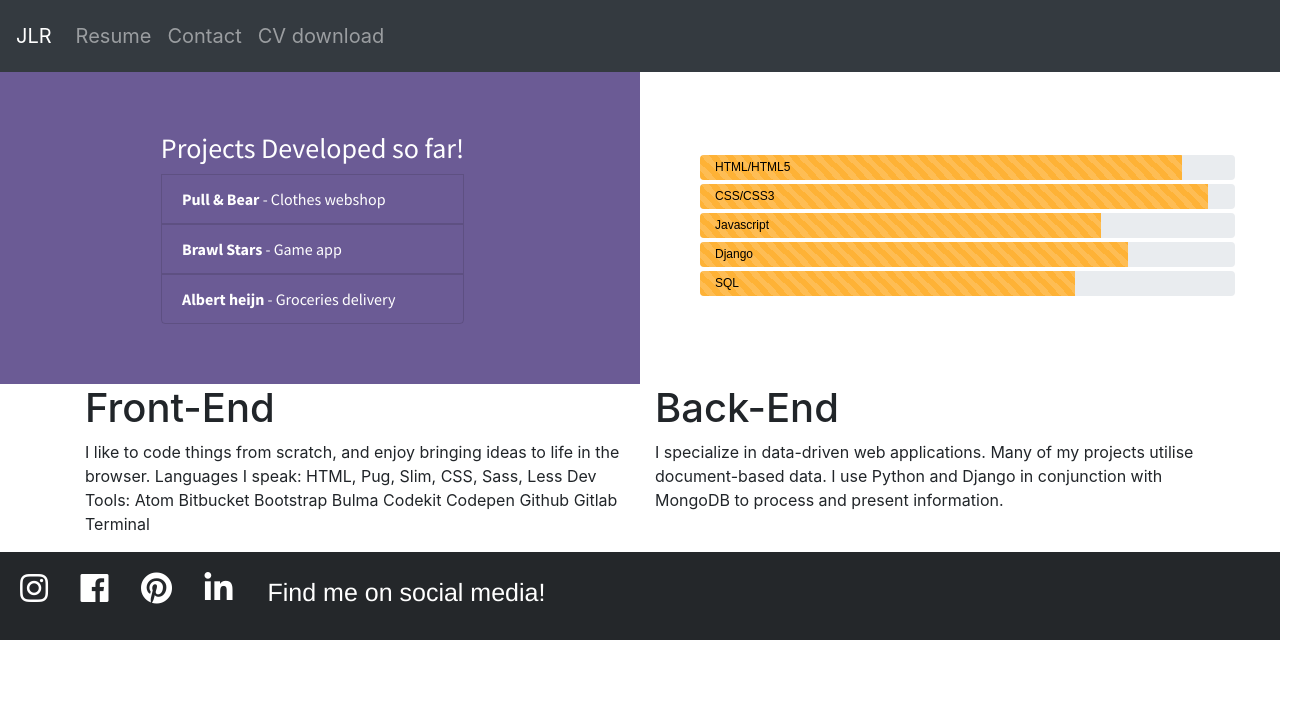
Repository: Kawaiisaki/Portfolio-site
Page: resume.html
The author's editor kept a record of every edit. The page is drawn from the files as they stood at one moment, then again after the next edit.
The browser window is 1280 px wide. The page is 1295 px wide, so the pictures cover 1295 px, including what lies to the right of the window. The pictures show the whole page.
Some web libraries are served in a nearby version.

Above is the page before.

### resume.html
<!DOCTYPE html>
<html lang="en">

<head>
    <meta charset="UTF-8">
    <meta name="viewport" content="width=device-width, initial-scale=1.0">
    <meta http-equiv="X-UA-Compatible" content="ie=edge">
    <link rel="stylesheet" href="https://maxcdn.bootstrapcdn.com/bootstrap/4.2.1/css/bootstrap.min.css" type="text/css" />
    <link rel="stylesheet" href="https://use.fontawesome.com/releases/v5.0.10/css/all.css" integrity="sha384-+d0P83n9kaQMCwj8F4RJB66tzIwOKmrdb46+porD/OvrJ+37WqIM7UoBtwHO6Nlg" crossorigin="anonymous">
    <link rel="stylesheet" href="https://cdnjs.cloudflare.com/ajax/libs/hover.css/2.3.1/css/hover-min.css" type="text/css" />
    <link rel="stylesheet" href="assets/css/style.css" type="text/css" />
    <title>Resume</title>
</head>

<body>
    <header>

        <nav class="navbar sticky-top navbar-expand-lg navbar-dark bg-dark">
            <a class="navbar-brand" href="index.html">JLR</a>
            <button class="navbar-toggler" type="button" data-toggle="collapse" data-target="#navbarSupportedContent" aria-controls="navbarSupportedContent" aria-expanded="false" aria-label="Toggle navigation">
    <span class="navbar-toggler-icon"></span>
  </button>

            <div class="collapse navbar-collapse" id="navbarSupportedContent">
                <ul class="navbar-nav navbar-brand mr-auto">
                    <li class="nav-item">
                        <a class="nav-link" href="resume.html">Resume</a>
                    </li>
                    <li class="nav-item">
                        <a class="nav-link" href="contact.html">Contact</a>
                    </li>
                    <li class="nav-item">
                        <a class="nav-link" href="#">CV download</a>
                    </li>
                </ul>
            </div>
        </nav>
    </header>
    <section>
        <div class="container-fluid">
            <div class="row">
                <div class="col projects">
                    <h3 class="text-center">Projects Developed so far!</h3>
                    <div class="container project-list">
                        <a class="list-group list-group-flush">
                            <a href="https://www.pullandbear.com/" target="_blank" class="list-group-item project-item"><strong>Pull & Bear</strong> - Clothes webshop</a>
                        <a href="https://play.google.com/store/apps/details?id=com.supercell.brawlstars&gl=NL" target="_blank" class="list-group-item project-item"><strong>Brawl Stars</strong> - Game app</a>
                        <a href="https://www.ah.nl/?gclid=CjwKCAiAqqTuBRBAEiwA7B66hWiQgrnYQJU3PeLNCPiqaegNcN4MoA1vTRGlp7dA6K88ZnaGVRotXBoCbbMQAvD_BwE&gclsrc=aw.ds" target="_blank" class="list-group-item project-item"><strong>Albert heijn</strong> - Groceries delivery</a>
                        </ul>
                    </div>
                </div>
                <div class="col bar-skills">
                    <div class="progress">
                        <div class="progress-bar progress-bar-striped" role="progressbar" style="width: 90%" aria-valuenow="90" aria-valuemin="0" aria-valuemax="100"></div>
                        <span class="progres-skill">HTML/HTML5</span>
                    </div>
                    <div class="progress">
                        <div class="progress-bar progress-bar-striped" role="progressbar" style="width: 95%" aria-valuenow="95" aria-valuemin="0" aria-valuemax="100"></div>
                        <span class="progres-skill">CSS/CSS3</span>
                    </div>
                    <div class="progress">
                        <div class="progress-bar progress-bar-striped" role="progressbar" style="width: 75%" aria-valuenow="75" aria-valuemin="0" aria-valuemax="100"></div>

                        <span class="progres-skill">Javascript</span></div>
                    <div class="progress">
                        <div class="progress-bar progress-bar-striped" role="progressbar" style="width: 80%" aria-valuenow="80" aria-valuemin="0" aria-valuemax="100"></div>
                        <span class="progres-skill">Django</span>
                    </div>
                    <div class="progress">
                        <div class="progress-bar progress-bar-striped" role="progressbar" style="width: 70%" aria-valuenow="70" aria-valuemin="0" aria-valuemax="100"></div>
                        <span class="progres-skill">SQL</span>
                    </div>
                </div>
            </div>
        </div>
    </section>
    <section>
        <div class="container">
            <div class="row">
                <div class="col fron-end">
                    <h1>Front-End</h1>
                    <p>I like to code things from scratch, and enjoy bringing ideas to life in the browser. Languages I speak: HTML, Pug, Slim, CSS, Sass, Less Dev Tools: Atom Bitbucket Bootstrap Bulma Codekit Codepen Github Gitlab Terminal
                    </p>
                </div>
                <div class="col">
                    <h1>Back-End</h1>
                    <p>I specialize in data-driven web applications. Many of my projects utilise document-based data. I use Python and Django in conjunction with MongoDB to process and present information.</p>
                </div>
            </div>
    </section>
    <footer>
        <div class="container-fluid social-icons">
            <div class="row no-gutters ">
                <div class="col-md-auto">
                    <ul class="list-inline social-media-icons">
                        <li class="list-inline-item">
                            <a target="_blank" href="https://www.instagram.com/thekawaiisaki/">
                                <i class="fab fa-instagram fa-2x" aria-hidden="true"></i>
                                <span class="sr-only">Instagram</span>
                            </a>
                        </li>
                        <li class="list-inline-item">
                            <a target="_blank" href="https://www.facebook.com/joellojedorosso">
                                <i class="fab fa-facebook fa-2x"  aria-hidden="true"></i>
                                <span class="sr-only">Facebook</span>
                            </a>
                        </li>
                        <li class="list-inline-item">
                            <a target="_blank" href="https://nl.pinterest.com/jlojedorosso/">
                                <i class="fab fa-pinterest fa-2x" aria-hidden="true"></i>
                                <span class="sr-only">Pinterest</span>
                            </a>
                        </li>
                        <li class="list-inline-item">
                            <a target="_blank" href="https://www.linkedin.com/in/joellojedorosso/">
                                <i class="fab fa-linkedin-in fa-2x" aria-hidden="true"></i>
                                <span class="sr-only">Instagram</span>
                            </a>
                        </li>
                    </ul>
                </div>
                <div class="col">
                    <div>
                        <h3 class="social-text">Find me on social media!</h3>
                    </div>
                </div>
            </div>
        </div>
    </footer>
</body>

</html>

### assets/css/style.css
@import url('https://fonts.googleapis.com/css?family=Source+Sans+Pro:100,200,300,400,500,600,700,800,900&display=swap');

.container-fluid {
  padding-left: 0;
  padding-right: 0;
}

/*---------------------------------------Callout*/

.callout-container {
  height: 88vh;

  background: url('../images/joelgrey.jpg') no-repeat center center fixed;
  -webkit-background-size: cover;
  -moz-background-size: cover;
  -o-background-size: cover;
  background-size: cover;

  display: flex;
  align-items: center;
  justify-content: center;

  position: relative;
}

.transparant-overlay {
  position: absolute;
  top: 0;
  left: 0;
  width: 100%;
  height: 100%;
  background-color: rgba(0, 0, 0, 0.4)
}

.jumbotron {
  background-color: transparent;
}

.name {
  font-family: "Source Sans Pro", sans-serif;
  color: white;
  font-weight: 400;
  margin-bottom: 10px;
  text-shadow: 2px 2px rgba(0, 0, 0, 0.5);
}

.lead {
  color: #ffffff;
  margin: 10px;
  text-decoration: overline;
  text-shadow: 2px 2px rgba(0, 0, 0, 0.5);
}

.fa-code {
  color: #fff;
  text-shadow: 2px 2px rgba(0, 0, 0, 0.5);
}

/*---------------------------------------About-Personal-*/

.about-container {
  height: 50vh;

  background: url('../images/laptop.jpg') no-repeat center center fixed;
  -webkit-background-size: cover;
  -moz-background-size: cover;
  -o-background-size: cover;
  background-size: cover;

  display: flex;
  align-items: center;
  justify-content: center;

  position: relative;
}

.subtitle {
  margin-left: 30px;
  font-family: "helvetica", sans-serif;
  font-weight: 200;
}

.key {
  font-family: "Source Sans Pro", sans-serif;
  padding-left: 30px;
  display: inline-block;
  font-size: 20px;
  width: 33%;
  vertical-align: top;
}

.value {
  display: inline-block;
  font-size: 15px;
  width: 33%;
}

.personal-info {
  padding: 20px;
  background-color: #feb236;
  display: block;
  clear: both;
}


.introduction {
  padding: 20px;
  background-color: #fff;
}

.introduction p {
  margin-left: 30px;
}

.about-me {
  font-family: "Source Sans Pro", sans-serif;
  margin-left: 30px;
}

.fa-user,
.fa-address-card {
  padding-left: 20px;
}

.fa-user {
  color: #feb236;
}

.introduction a {
  margin-left: 30px;
}

/*---------------------------------------Footer*/

.social-text {
  color: #fff;
  font-family: "Helvetica", sans-serif;
  font-weight: 400;
  font-size: 25px;
  padding-top: 15px;
  padding-left: 25px;
}

footer {
  background-color: #24272a;
  min-height: 50px;
  padding: 10px;
}

.social-media-icons li i {
  color: #fff;
  margin: 10px;
}

/*---------------------------------------Additional*/

.uppercase {
  text-transform: uppercase;
}

/*---------------------------------------About page*/

.fa-file-code,
.fa-cogs,
.fa-tasks {
  padding-left: 20px;
}

.white-text {
  color: #fff;
}

/*---------------------------------------About bg colors*/

.what-bg-color {
  background-color: #6b5b95;
}

.how-bg-color {
  background-color: #fff;
}

.why-bg-color {
  background-color: #feb236;
}

/*---------------------------------------Resume page*/

.projects {
  background-color: #6b5b95;
  color: #fff;
  font-family: "Source Sans Pro", sans-serif;
  max-width: 50%;
  padding: 60px;
}

.list-group-item {
  background-color: transparent;
}

.project-item {
  color: #fff;
  text-decoration: none;
  max-width: 60%;
  margin: auto;
}

.project-item:hover {
  text-decoration: none;
  color: #feb236;
}

.front-end,
.back-end {
  font-family: "Source Sans Pro", sans-serif;
  padding: 60px;
}

.back-end {
  background-color: #f6f6f6;
}

.fa-laptop {
  padding-left: 20px;
}

/*---------------------------------------Progress bars*/

.skill-progression {
  font-family: "Source Sans Pro", sans-serif;
}

.progress {
  position: relative;
  margin-bottom: 4px;
  height: 25px;
}

.progres-skill {
  font-family: "Sans Source Pro", sans-serif;
  position: absolute;
  left: 5px;
  font-weight: 400;
  padding: 3px 30px 2px 10px;
  color: #000;
}

.bar-skills {
  margin: auto;
  max-width: 80%;
  padding: 60px;
}

.progress-bar-striped {
  background-color: #feb236;
}

/*---------------------------------------contact page*/

.contact-heading {
  margin: 50px;
}

.contact-title,
.contact-me {
  font-family: "Source Sans Pro", sans-serif;
}

.contact-title {
  font-weight: 200;
}

.btn-primary {
  background-color: #feb236;
  color: #000;
}

button {
  margin: 20px;
}

.form-placement {
  padding-top: 20px;
  max-width: 40%;
  margin: auto;
}

After the next edit:
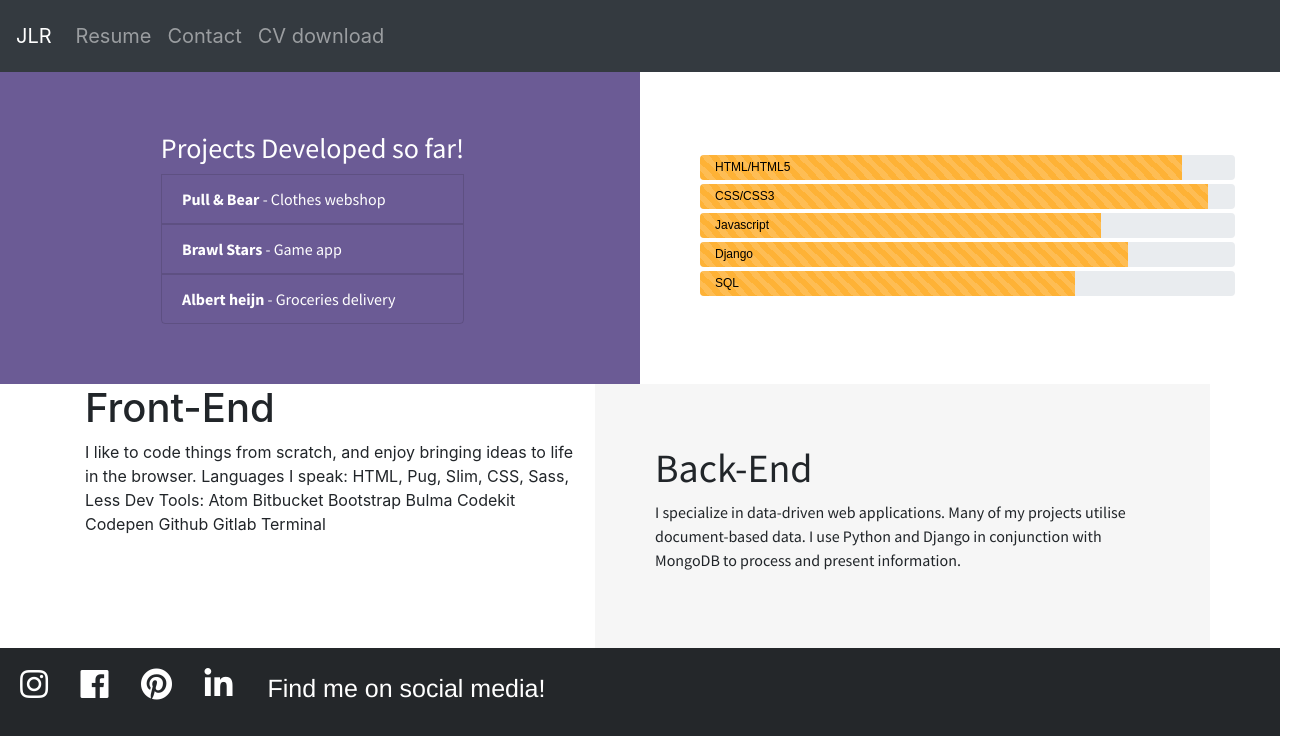
The edit:
--- a/resume.html
+++ b/resume.html
@@ -82,7 +82,7 @@
                     <p>I like to code things from scratch, and enjoy bringing ideas to life in the browser. Languages I speak: HTML, Pug, Slim, CSS, Sass, Less Dev Tools: Atom Bitbucket Bootstrap Bulma Codekit Codepen Github Gitlab Terminal
                     </p>
                 </div>
-                <div class="col">
+                <div class="col back-end">
                     <h1>Back-End</h1>
                     <p>I specialize in data-driven web applications. Many of my projects utilise document-based data. I use Python and Django in conjunction with MongoDB to process and present information.</p>
                 </div>
